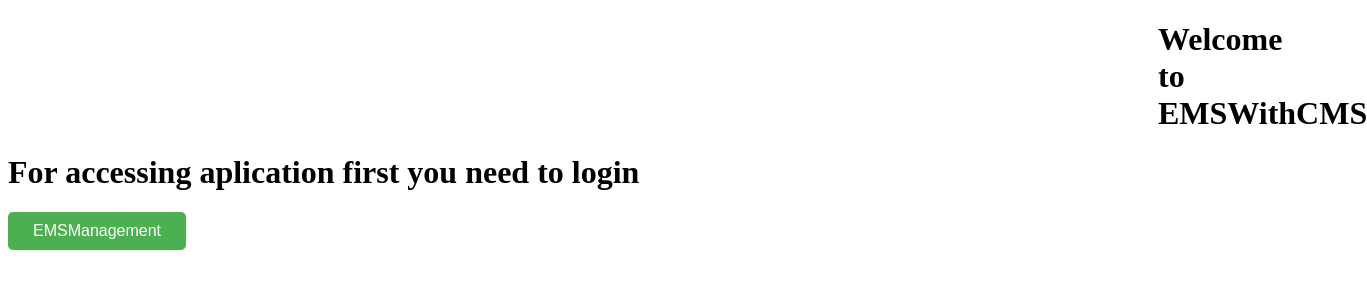
Repository: varnittyagi120/javaproject2
Page: eclipse-workspaceone/CMSWithEMSUsingServletInOptmiseWay/WebContent/index.html
These files come from the project's save history. The page is drawn as it stood at one moment and after the next save; the edit follows.
The browser window is 1280 px wide. The page is 1367 px wide, then 1280 px, so the pictures cover 1367 px, including what lies to the right of the window. The pictures show the whole page.

Above is the page before, as saved 2019-11-19 09:23:05.

### eclipse-workspaceone/CMSWithEMSUsingServletInOptmiseWay/WebContent/index.html
<!DOCTYPE html>
<html>
<style>
.button{
  background-color: #4CAF50;
  border: none;
  color: white;
  padding: 10px 25px;
  text-align: center;
  text-decoration: none;
  display: inline-block;
  font-size: 16px;

  border-radius:5px;
}

</style>
<body>
        <h1 style='margin-left:1150px'>Welcome to EMSWithCMS</h1>
        <h1>For accessing aplication first you need to login</h1>
	    <a href = "StartOfEMS"><button class="button" >EMSManagement</button></a><br><br>
</body>
</html>

After the next save:
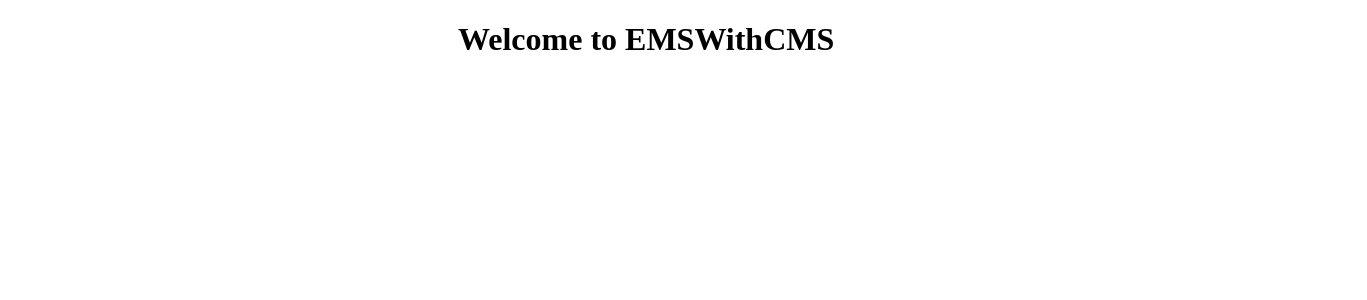
Saved 20 s later.
--- a/eclipse-workspaceone/CMSWithEMSUsingServletInOptmiseWay/WebContent/index.html
+++ b/eclipse-workspaceone/CMSWithEMSUsingServletInOptmiseWay/WebContent/index.html
@@ -16,8 +16,8 @@
 
 </style>
 <body>
-        <h1 style='margin-left:1150px'>Welcome to EMSWithCMS</h1>
-        <h1>For accessing aplication first you need to login</h1>
+        <h1 style='margin-left:450px'>Welcome to EMSWithCMS</h1>
+        <h1 style='margin-left:450px>For accessing aplication first you need to login</h1>
 	    <a href = "StartOfEMS"><button class="button" >EMSManagement</button></a><br><br>
 </body>
 </html>
